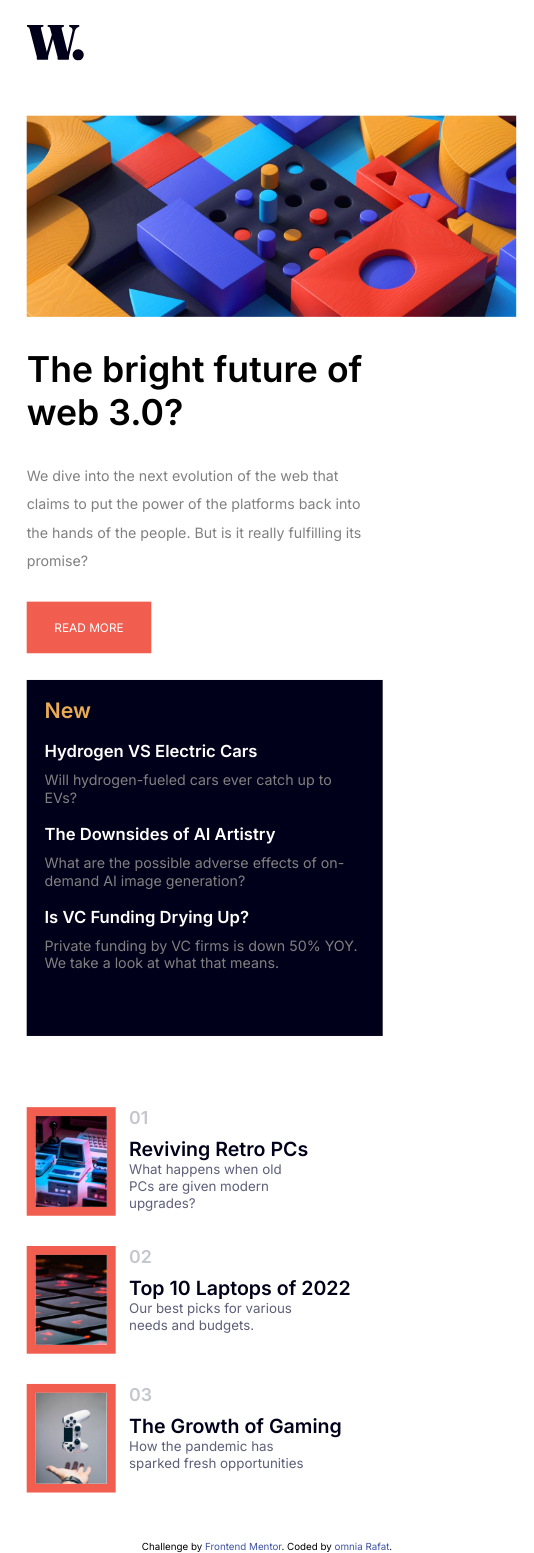
Repository: OmniaRafat232111121/HomePage
Page: index.html
These files come from the project's save history. The page is drawn as it stood at one moment and after a run of saves; the edit follows.
The browser window is 600 px wide. The pictures show the whole page, at 89% of full size.

Above is the page before, as saved 2022-12-17 23:04:14.

After the next 6 saves:
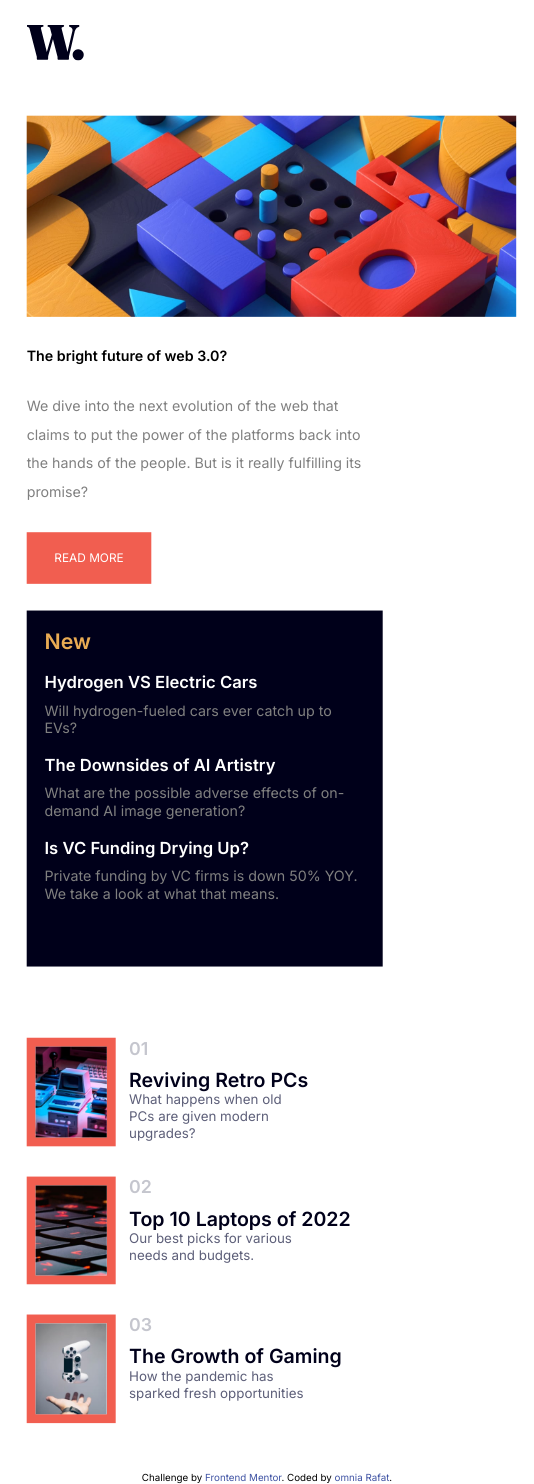
The 6 saves are shown as one change because they came seconds apart.
The last was saved 2 min 38 s later.
--- a/style.css
+++ b/style.css
@@ -168,4 +168,8 @@ gap: 30px;
     display: none;
     padding:20px;
 }
+.heading h1{
+    font-size: 16px;
+    font-weight: bold;
 }
+}
